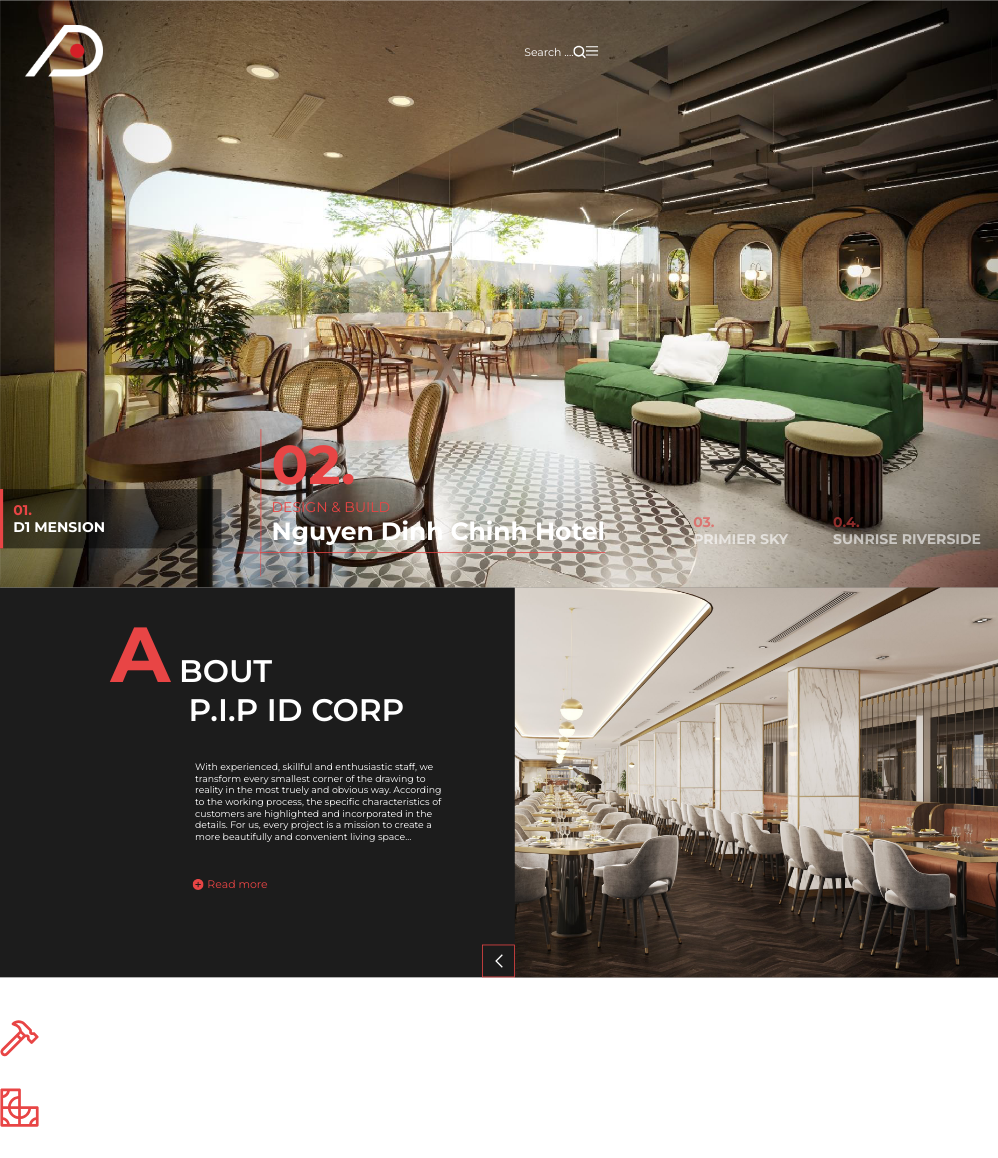
Repository: huudang2840/pipHomePage
Page: index.html
The author's editor kept a copy of each file at every save. The page is drawn from the files as they stood at one save, then again after the next save.
The browser window is 1280 px wide. The pictures show the whole page, at 78% of full size.

Above is the page before, as saved 2023-03-21 14:38:49.

### index.html
<!DOCTYPE html>
<html lang="en">
  <head>
    <meta charset="UTF-8" />
    <meta http-equiv="X-UA-Compatible" content="IE=edge" />
    <meta name="viewport" content="width=device-width, initial-scale=1.0" />
    <title>Pip Home Page</title>

    <!-- CSS -->
    <link rel="stylesheet" href="style/style.css" />

    <!-- Fonts -->
    <link rel="preconnect" href="https://fonts.googleapis.com" />
    <link rel="preconnect" href="https://fonts.gstatic.com" crossorigin />
    <link
      href="https://fonts.googleapis.com/css2?family=Montserrat:wght@400;600;700&display=swap"
      rel="stylesheet"
    />
  </head>
  <body>
    <!-- Header -->
    <header class="header">
      <div class="header__img">
        <img src="/img/logo.png" alt="" />
      </div>
      <div class="header__option">
        <div class="option__search">
          <p>Search ....</p>
          <svg
            width="16"
            height="17"
            viewBox="0 0 16 17"
            fill="none"
            xmlns="http://www.w3.org/2000/svg"
          >
            <path
              d="M15.7189 14.9442L12.6438 11.8691C13.5758 10.6491 14.0869 9.16936 14.0871 7.60786C14.0871 5.72609 13.3542 3.95682 12.0234 2.62623C10.6928 1.29564 8.92376 0.562744 7.04176 0.562744C5.15999 0.562744 3.39072 1.29564 2.06013 2.62623C-0.68671 5.3733 -0.68671 9.84287 2.06013 12.5895C3.39072 13.9203 5.15999 14.6532 7.04176 14.6532C8.60326 14.653 10.0831 14.1419 11.3031 13.2099L14.3781 16.285C14.563 16.4701 14.8059 16.5627 15.0485 16.5627C15.2911 16.5627 15.5339 16.4701 15.7189 16.285C16.0892 15.9148 16.0892 15.3143 15.7189 14.9442ZM3.40091 11.2487C1.39344 9.24124 1.39368 5.97471 3.40091 3.96701C4.37339 2.99476 5.66649 2.4591 7.04176 2.4591C8.41726 2.4591 9.71012 2.99476 10.6826 3.96701C11.6551 4.93949 12.1908 6.23258 12.1908 7.60786C12.1908 8.98336 11.6551 10.2762 10.6826 11.2487C9.71012 12.2212 8.41726 12.7568 7.04176 12.7568C5.66649 12.7568 4.37339 12.2212 3.40091 11.2487Z"
              fill="white"
            />
          </svg>
        </div>
        <div class="option__lang"></div>
        <div class="option__menu">
          <svg
            width="16"
            height="13"
            viewBox="0 0 16 13"
            fill="none"
            xmlns="http://www.w3.org/2000/svg"
          >
            <path
              d="M16 10.9167V12.25H0V10.9167H16ZM16 5.58333V6.91667H0V5.58333H16ZM16 0.25V1.58333H0V0.25H16Z"
              fill="white"
            />
          </svg>
        </div>
        <div class="option__share"></div>
      </div>
    </header>

    <!-- Main -->
    <section>
      <div class="intro">
        <div class="intro__background">
          <img src="/img/page1.png" alt="" srcset="" id="masked" />
        </div>
        <div class="intro__list">
          <div class="list__left">
            <div>
              <span>
                <p>01.</p>
                <p>D1 Mension</p>
              </span>
            </div>
            <div>
              <span id="active_intro">
                <h1>02.</h1>
                <p>Design & build</p>
                <h1>Nguyen Dinh Chinh Hotel</h1>
                <div class="border__box"></div>
              </span>
            </div>
          </div>

          <div class="list__right">
            <div>
              <span>
                <p>03.</p>
                <p>Primier Sky</p>
              </span>
            </div>
            <div>
              <span>
                <p>0.4.</p>
                <p>Sunrise Riverside</p>
              </span>
            </div>
          </div>
        </div>
      </div>
      <div class="about">
        <div class="about__left">
          <span>
            <span>
              <h1><span class="text-red">A</span> bout</h1>
            </span>
            <h1 class="ml-100">P.I.P ID CORP</h1>
          </span>
          <span class="about__left__textaera">
            <p>
              With experienced, skillful and enthusiastic staff, we transform every smallest corner
              of the drawing to reality in the most truely and obvious way. According to the working
              process, the specific characteristics of customers are highlighted and incorporated in
              the details. For us, every project is a mission to create a more beautifully and
              convenient living space…
            </p>
          </span>
          <div class="read-more">
            <svg
              width="14"
              height="14"
              viewBox="0 0 14 14"
              fill="none"
              xmlns="http://www.w3.org/2000/svg"
            >
              <path
                d="M7 0C3.14005 0 0 3.14005 0 7C0 10.86 3.14005 14 7 14C10.86 14 14 10.86 14 7C14 3.14005 10.86 0 7 0ZM10.0625 7.5833H7.5833V10.0625C7.5833 10.3845 7.32204 10.6458 7 10.6458C6.67796 10.6458 6.4167 10.3845 6.4167 10.0625V7.5833H3.9375C3.61546 7.5833 3.3542 7.32204 3.3542 7C3.3542 6.67796 3.61546 6.4167 3.9375 6.4167H6.4167V3.9375C6.4167 3.61546 6.67796 3.3542 7 3.3542C7.32204 3.3542 7.5833 3.61546 7.5833 3.9375V6.4167H10.0625C10.3845 6.4167 10.6458 6.67796 10.6458 7C10.6458 7.32204 10.3845 7.5833 10.0625 7.5833Z"
                fill="#E84545"
              />
            </svg>
            <p>Read more</p>
          </div>
          <div class="arrow_prev">
            <svg
              width="11"
              height="18"
              viewBox="0 0 11 18"
              fill="none"
              xmlns="http://www.w3.org/2000/svg"
            >
              <path d="M10 17L2 9L10 1" stroke="white" stroke-width="1.6" />
            </svg>
          </div>
        </div>
        <div class="about__right">
          <img src="/img/about.jpeg" alt="" />
          <div class="arrow_next">
            <svg
              width="11"
              height="18"
              viewBox="0 0 11 18"
              fill="none"
              xmlns="http://www.w3.org/2000/svg"
            >
              <path d="M1 1L9 9L1 17" stroke="white" stroke-width="1.6" />
            </svg>
          </div>
        </div>
      </div>
      <div class="wedo">
        <div class="wedo__top">
          <div class="wedo__top__logo"></div>
          <h2 class="wedo__top__text">Prestige is Power</h2>
        </div>
        <div class="wedo__bottom">
          <h2 class="wedo__bottom__text">What</h2>
          <h2 class="wedo__bottom__text">We do</h2>

          <div class="wedo__bottom__build">
            <svg
              width="50"
              height="48"
              viewBox="0 0 50 48"
              fill="none"
              xmlns="http://www.w3.org/2000/svg"
            >
              <path
                d="M48.9873 21.1033L44.931 17.0479C44.6268 16.7437 44.2209 16.5625 43.7911 16.5386L40.962 16.3804L40.8901 13.6863C40.8782 13.2385 40.6953 12.8113 40.3783 12.4951L32.3717 4.48853C30.1056 2.22241 27.0927 0.973145 23.8875 0.973145C23.8849 0.973145 23.8823 0.973145 23.8798 0.973145C20.6754 0.974854 17.6633 2.22412 15.3989 4.48853C14.9683 4.91919 14.7922 5.54126 14.9341 6.13257C15.0759 6.72559 15.5151 7.20068 16.0936 7.39038C22.7092 9.54797 24.1731 12.4049 24.6757 15.0402L2.11755 37.5984C-0.0357666 39.7517 -0.0357666 43.2551 2.11755 45.4084C4.27087 47.5618 7.77429 47.5618 9.92761 45.4084L28.4667 26.8694C28.4674 26.8686 28.4685 26.8684 28.4692 26.8677C28.47 26.8669 28.4702 26.8659 28.4709 26.8651L32.5843 22.7518L34.5305 22.804L34.6976 25.6372C34.7224 26.0645 34.9036 26.4695 35.2069 26.772L39.2632 30.8274C39.605 31.1692 40.0527 31.3401 40.5005 31.3401C40.9482 31.3401 41.396 31.1692 41.7378 30.8274L48.9873 23.5779C49.3154 23.2498 49.5 22.8054 49.5 22.3406C49.5 21.8757 49.3154 21.4314 48.9873 21.1033ZM38.1523 24.7673L37.978 21.8125C37.9532 21.3853 37.7721 20.9802 37.4688 20.6777L36.6296 19.8386C36.285 19.5467 35.8884 19.3765 35.4393 19.3259L32.6357 19.2507L28.1915 14.8074C27.6429 11.4988 26.0912 7.94067 20.2883 5.26782C21.3983 4.74829 22.6194 4.47485 23.8823 4.47314H23.8875C26.157 4.47314 28.2915 5.35669 29.8971 6.96313L37.4106 14.4758L37.4858 17.3025C37.5493 17.7349 37.6595 18.1839 37.9918 18.4919L37.9952 18.4886C37.9967 18.4901 37.997 18.4922 37.9985 18.4937L38.8265 19.3208C39.1307 19.625 39.5366 19.8062 39.9656 19.8301L42.929 19.9958L45.2754 22.3406L40.5005 27.1155L38.1523 24.7673ZM7.453 42.9338C6.66345 43.7234 5.38171 43.7234 4.59216 42.9338C3.80347 42.1443 3.80347 40.8625 4.59216 40.073L21.8961 22.7691L24.7569 25.6299L7.453 42.9338ZM27.2315 23.1553L24.3707 20.2945L26.5492 18.116L29.41 20.9768L27.2315 23.1553Z"
                fill="#E84545"
              />
            </svg>
            <h3>BUILD</h3>
            <p>
              With our years of experience, we can help your ideas become a feasible plan. We know
              how you can bring the most out of your space...
            </p>
          </div>
          <div class="wedo__bottom__design">
            <svg
              width="50"
              height="50"
              viewBox="0 0 50 50"
              fill="none"
              xmlns="http://www.w3.org/2000/svg"
            >
              <path
                d="M47.75 23.25H26.75V2.25C26.75 1.28357 25.9664 0.5 25 0.5H2.25C1.28357 0.5 0.5 1.28357 0.5 2.25V47.75C0.5 48.7164 1.28357 49.5 2.25 49.5H47.75C48.7164 49.5 49.5 48.7164 49.5 47.75V39V25C49.5 24.0336 48.7164 23.25 47.75 23.25ZM46 37.4081C41.6125 38.1488 38.1488 41.6125 37.4081 46H26.75V39.7627C33.554 38.9605 38.9605 33.554 39.7627 26.75H46V37.4081ZM46 46H40.9713C41.6062 43.5433 43.5433 41.6062 46 40.9713V46ZM4 12.5919C8.3875 11.8512 11.8512 8.3875 12.5919 4H23.25V10.2373C16.446 11.0395 11.0395 16.446 10.2373 23.25H4V12.5919ZM4 4H9.02869C8.3938 6.45667 6.45667 8.3938 4 9.02869V4ZM23.25 26.75V36.226C18.3799 35.4688 14.5312 31.6201 13.774 26.75H23.25ZM26.75 26.75H36.2408C35.4855 31.6218 31.6204 35.4564 26.75 36.2148V26.75ZM23.25 23.25H13.7852C14.5436 18.3796 18.3782 14.5145 23.25 13.7592V23.25ZM4 46V40.9713C6.45667 41.6062 8.3938 43.5433 9.02869 46H4ZM4 37.4081V26.75H10.2373C11.0395 33.554 16.446 38.9605 23.25 39.7627V46H12.5919C11.8512 41.6125 8.3875 38.1488 4 37.4081Z"
                fill="#E84545"
              />
            </svg>
            <h3>Design</h3>
            <p>
              Custom furniture solutions, cabinets, vibrant colors, a vertical garden, an invisible
              cupboard, a hidden bed or desk - anything can take shape in our hands...
            </p>
          </div>
        </div>
      </div>
      <div class="projects"></div>
      <div class="customer"></div>
      <div class="contact"></div>
    </section>

    <!-- Footer -->
    <footer></footer>
  </body>
  <script src="/js/index.js"></script>
</html>

### style/style.css
:root {
  --color-bg: #1c1c1c;
  --color-red: #e84545;
}
* {
  margin: 0;
  padding: 0;
  color: white;
  font-family: "Montserrat", sans-serif;
  font-size: 14px;
  font-weight: 400;
  list-style: none;
}
/* Header */
.header {
  position: fixed;
  display: flex;
  width: 100%;
  background-color: transparent;
  justify-content: space-between;
  align-items: center;
  z-index: 10;
  padding: 32px;
}
.header__img {
  flex: 1;
}
.header__img > img {
  width: 100px;
  height: 66px;
}
#masked {
  z-index: 10;
  /* background-color: black; */
  /* background: radial-gradient(50% 50% at 50% 50%, rgba(0, 0, 0, 0) 0%, #000000 100%); */

  /* -webkit-mask-image: radial-gradient(
    circle at 50% 50%,
    rgb(0, 0, 0) 40%,
    rgba(0, 0, 0, 0.617) 70%
  ); */

  /* -webkit-mask-image: radial-gradient(circle at center, red 0, blue, green 100%); */
}

.header__option {
  flex: 1;
  width: 100px;
  height: 66px;
  display: flex;
  align-items: center;
}

.option__search {
  display: flex;
}
.option__menu {
  width: 50px;
}

/* Intro */
.intro {
  position: relative;
}
.intro__background {
  height: 100%;
  width: 100%;
}

.intro__background > img {
  width: 100%;
  object-fit: cover;
  display: block;
}
.intro__list {
  display: flex;
  width: 100%;
  position: absolute;
  bottom: 50px;
  justify-content: space-between;
}

.intro__list span {
  height: 100%;
  display: flex;
  flex-direction: column;
  justify-content: center;
  padding-left: 13px;
}
.intro__list span > * {
  font-size: 18px;
  font-weight: 700;
  text-transform: uppercase;
  z-index: 10;
}
.intro__list span > p:nth-child(1) {
  color: var(--color-red);
}
.list__left {
  display: flex;
  flex: 2;
}
.list__left div:nth-child(1) {
  height: 76px;
  width: 280px;
  align-self: end;
  border-left: 4px solid var(--color-red);
  background: rgb(0, 0, 0, 0.5);
}

.list__right {
  display: flex;
  flex: 1;
  align-self: flex-end;
  opacity: 0.6;
  justify-content: space-around;
}

#active_intro {
  margin-left: 50px;
  border-bottom: 1px solid var(--color-red);
  border-left: 1px solid var(--color-red);
  position: relative;
  padding-bottom: 5px;
}
#active_intro h1:nth-child(1) {
  font-size: 70px;
  color: var(--color-red);
}
#active_intro p {
  font-size: 18px;
  font-weight: 400;
  color: var(--color-red);
}
#active_intro h1:nth-child(3) {
  font-size: 32px;
  text-transform: none;
}

.border__box {
  position: absolute;
  left: -31px;
  bottom: -31px;
  height: 30px;
  width: 30px;
  border-top: 1px solid var(--color-red);
  border-right: 1px solid var(--color-red);
}
/* About */
.about {
  background-color: var(--color-bg);
  display: flex;
  height: 500px;
}
.about__left {
  flex: 1;
  padding-top: 60px;
  display: flex;
  flex-direction: column;
  align-items: center;
  position: relative;
}
.arrow_prev {
  display: flex;
  position: absolute;
  height: 40px;
  width: 40px;
  border: 1.6px solid var(--color-red);
  align-items: center;
  justify-content: center;
  bottom: 0;
  right: 0;
}
.text-red {
  font-weight: 700;
  font-size: 100px;
  /* line-height: 195px; */
  color: var(--color-red);
}
.about__left h1 {
  font-weight: 600;
  font-size: 40px;
  text-transform: uppercase;
  line-height: 50px;
}
.text-about {
  display: flex;
}
.about__right {
  flex: 1;
}
.about__right > img {
  height: 100%;
  width: 100%;
  object-fit: cover;
}
.about__left__textaera {
  margin-top: 40px;
}
.about__left__textaera p {
  margin-left: 250px;
  margin-right: 90px;
  width: 320px;
  overflow-wrap: break-word;
  font-size: 12px;
}
.read-more {
  display: flex;
  margin-top: 45px;
  margin-right: 70px;
  align-items: center;
}
.read-more p {
  margin-left: 5px;
  color: var(--color-red);
}
.ml-100 {
  margin-left: 100px;
}

Loaded but not shown: js/index.js (no copy from this time; the picture is the same without it)

After the next save:
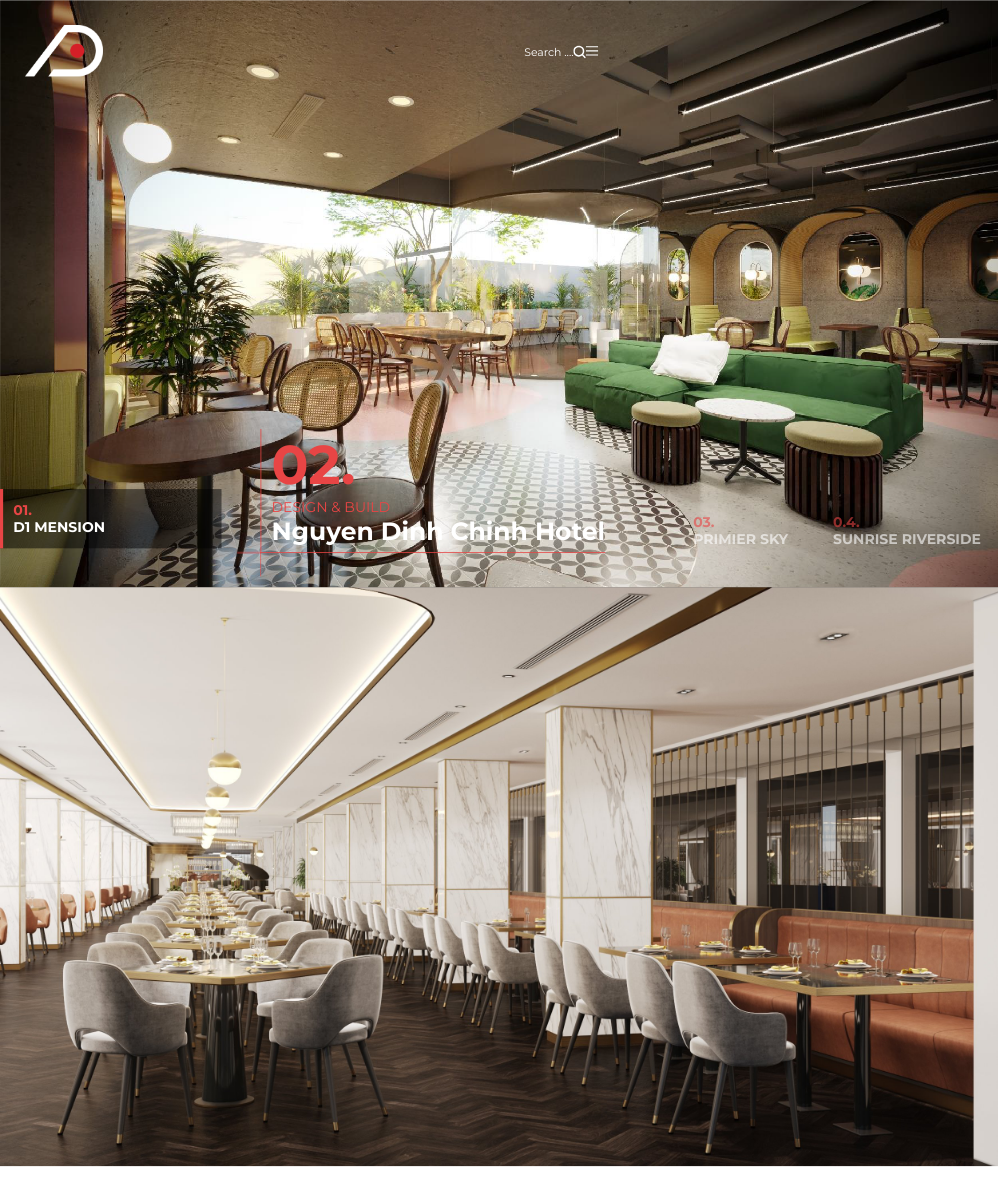
Saved 27 s later.
--- a/style/style.css
+++ b/style/style.css
@@ -188,6 +188,18 @@
 }
 .about__right {
   flex: 1;
+  position: absolute;
+}
+.arrow_prev {
+  display: flex;
+  position: absolute;
+  height: 40px;
+  width: 40px;
+  border: 1.6px solid var(--color-red);
+  align-items: center;
+  justify-content: center;
+  bottom: 0;
+  right: 0;
 }
 .about__right > img {
   height: 100%;

After the save that followed:
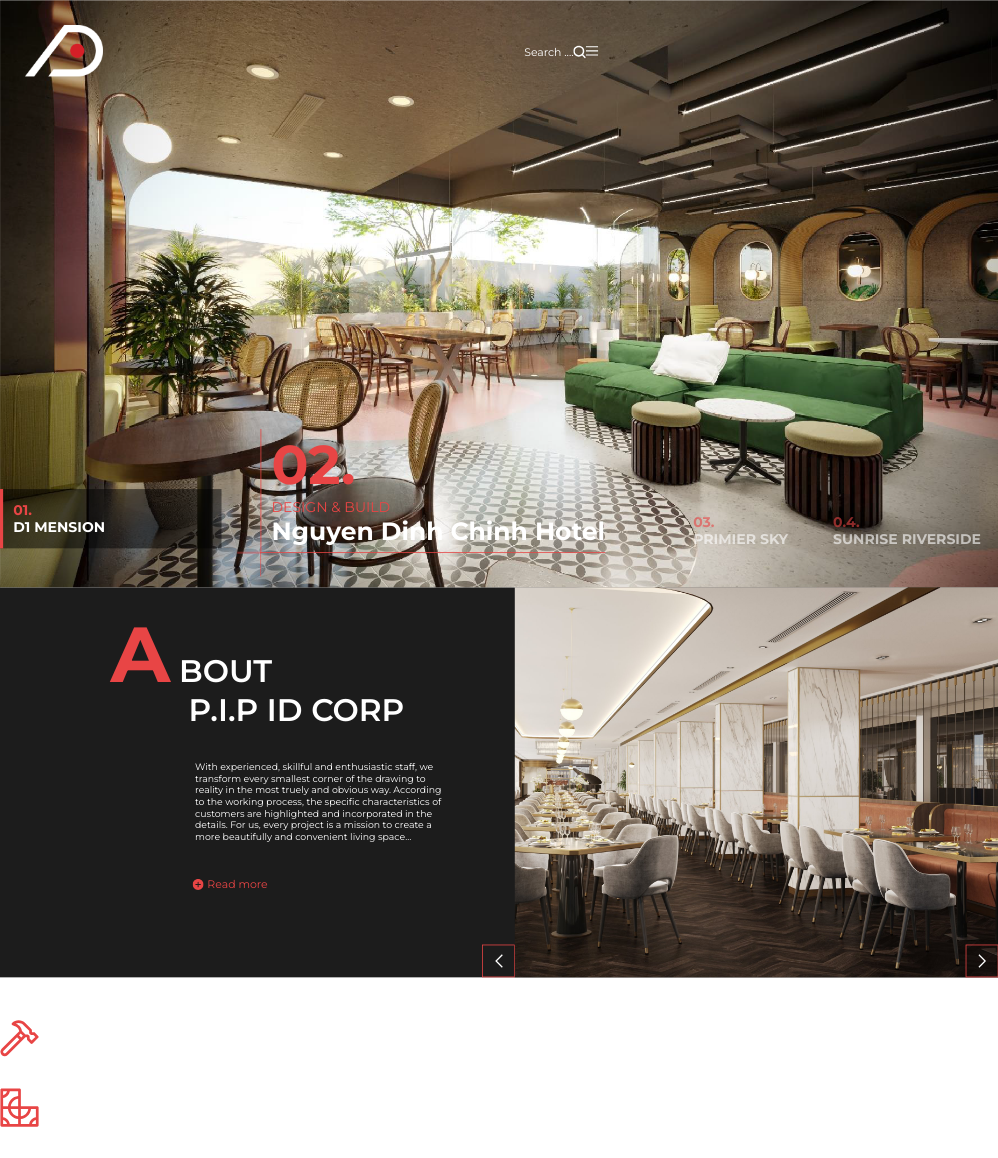
Saved 7 s later.
--- a/style/style.css
+++ b/style/style.css
@@ -188,9 +188,9 @@
 }
 .about__right {
   flex: 1;
-  position: absolute;
-}
-.arrow_prev {
+  position: relative;
+}
+.arrow_next {
   display: flex;
   position: absolute;
   height: 40px;
